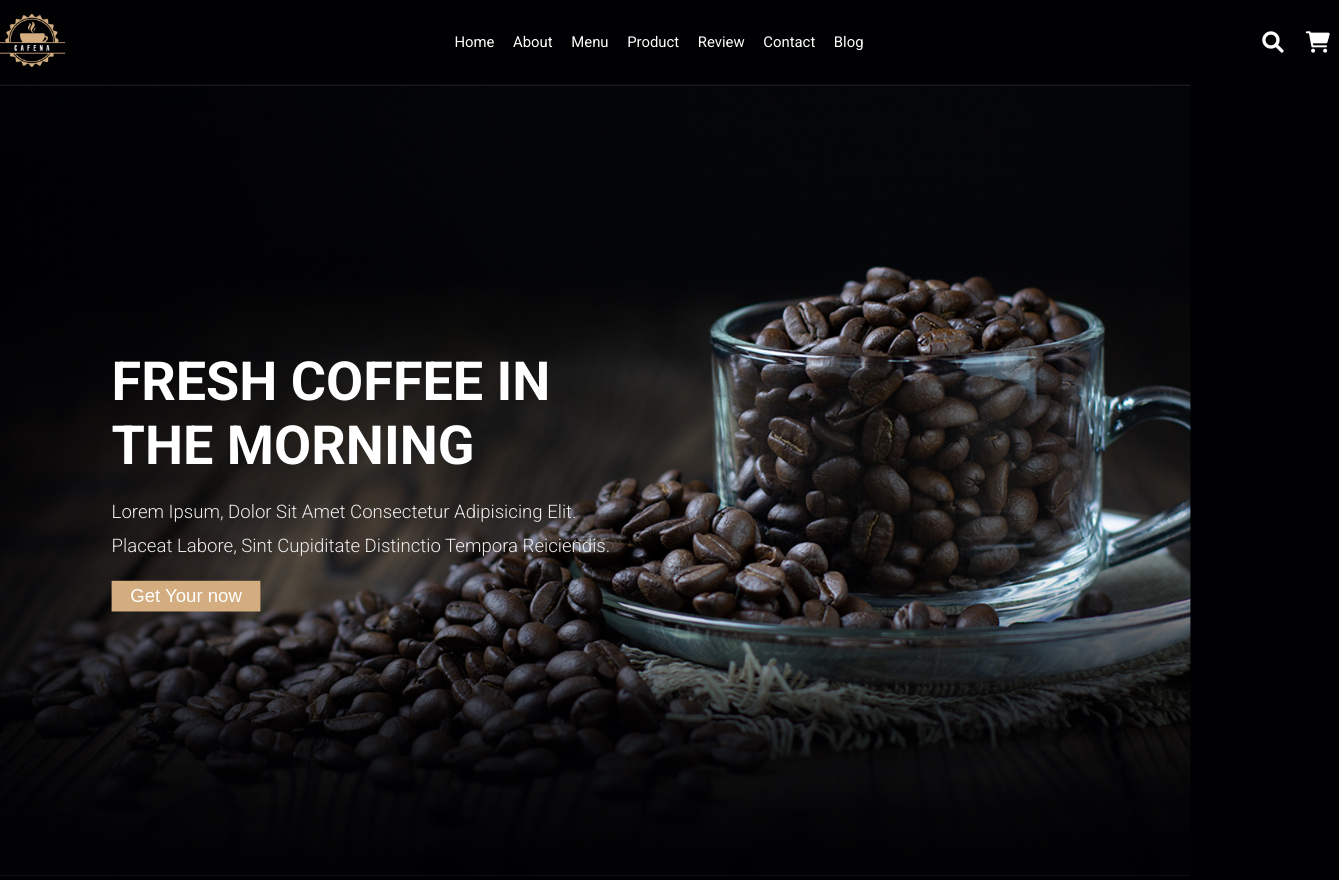
Repository: Dinhthai303/DinhThai
Page: index.html
An editor plug-in stored every save of this project. The page is shown before and after the next save, followed by the edit.
The browser window is 1280 px wide. The page is 1440 px wide, so the pictures cover 1440 px, including what lies to the right of the window. The pictures show the whole page, at 93% of full size.

Above is the page before, as saved 2021-11-28 00:06:07.

### index.html
<!DOCTYPE html>
<html lang="en">

<head>
    <meta charset="UTF-8">
    <meta http-equiv="X-UA-Compatible" content="IE=edge">
    <meta name="viewport" content="width=device-width, initial-scale=1.0">
    <title>Document</title>
    <!-- FONT AWESOME -->
    <link rel="stylesheet" href="https://cdnjs.cloudflare.com/ajax/libs/font-awesome/6.0.0-beta3/css/all.min.css"
        integrity="sha512-Fo3rlrZj/k7ujTnHg4CGR2D7kSs0v4LLanw2qksYuRlEzO+tcaEPQogQ0KaoGN26/zrn20ImR1DfuLWnOo7aBA=="
        crossorigin="anonymous" referrerpolicy="no-referrer" />
    <!-- GOOLE FONT -->
    <link rel="preconnect" href="https://fonts.googleapis.com">
    <link rel="preconnect" href="https://fonts.gstatic.com" crossorigin>
    <link href="https://fonts.googleapis.com/css2?family=Roboto:wght@300;400;500;700&display=swap" rel="stylesheet">
    <!-- MAIN CSS -->
    <link rel="stylesheet" href="./css/style.css">
</head>

<body>
    <header class="header">
        <div class="container">
            <div class="header__content">
                <div class="header__logo">
                    <img src="./images/logo.png" alt="">
                </div>
                <ul class="header__menu">
                    <li class="header__item"><a class="header__link" href="#">Home</a></li>
                    <li class="header__item"><a class="header__link" href="#">About</a></li>
                    <li class="header__item"><a class="header__link" href="#">Menu</a></li>
                    <li class="header__item"><a class="header__link" href="#">Product</a></li>
                    <li class="header__item"><a class="header__link" href="#">Review</a></li>
                    <li class="header__item"><a class="header__link" href="#">Contact</a></li>
                    <li class="header__item"><a class="header__link" href="#">Blog</a></li>
                </ul>
                <div class="header__icon">
                    <i class="fa fa-search"></i>
                    <i class="fa fa-shopping-cart"></i>
                </div>
            </div>
        </div>
    </header>
    <section class="banner">
        <div class="banner__content">
            <img class="banner__image" src="./images/home-img.jpeg" alt="">
            <div class="banner__text">
                <h3 class="banner__title">FRESH COFFEE IN THE MORNING</h3>
                <p class="banner__desc">Lorem Ipsum, Dolor Sit Amet Consectetur Adipisicing Elit. Placeat Labore, Sint
                    Cupiditate Distinctio Tempora Reiciendis.</p>
                <button class="banner__button">Get Your now</button>
            </div>
        </div>
    </section>
    <section class="about"></section>
    <section class="menu"></section>
    <section class="products"></section>
    <section class="review"></section>
    <section class="contact"></section>
    <section class="blog"></section>
    <footer class="footer"></footer>
</body>

</html>

### css/style.css
*{
    margin: 0;
    padding: 0;
    box-sizing: border-box;
}
body{
    font-family: 'Roboto', sans-serif;
    background-color: #010103;
    font-weight: 400;
}
.container{
    width: 1440px;
    margin: 0 auto;
}
.header{
    background-color: #010103;
    border-bottom: 1px solid #4D4E4F;
}
.header__content{
    display: flex;
    justify-content: space-between;
    align-items: center;
    background-color: #010103;
    padding: 15px 0;
}
.header__menu{
    display: flex;
    list-style: none;
    gap: 20px;
}
.header__item:hover .header__link{
    color: #D3AD7F;
}
.header__item:hover .header__link::after{
    opacity: 1;
    transform: translateY(7px);
}
.header__link::after{
    content: "";
    width: 100%;
    height: 2px;
    position: absolute;
    left: 0;
    bottom: 0;
    background-color: #D3AD7F;
    transition: all .5s;
    opacity: 0;
}
.header__link{
    position: relative;
    color: white;
    text-decoration: none;
}
.header__icon i{
    color: white;
    font-size: 23px;
    margin: 0 10px;
    cursor: pointer;
}
.header__icon i:hover{
    color: #D3AD7F;
}
.header__logo img{
    width: 70px;
}
.banner__content{
    position: relative;
    width: 100%;
    height: 850px;
}
.banner__image{
    width: 100%;
    height: 100%;
    object-fit: cover;
}
.banner__text{
    position: absolute;
    top: 50%;
    left: 120px;
    transform: translateY(-50%);
    width: 570px;
}
.banner__title{
    font-size: 58px;
    color: white;
}
.banner__desc{
    font-size: 20px;
    color: rgb(238, 238, 238);
    font-weight: lighter;
    line-height: 1.8;
    margin: 20px 0;
}
.banner__button{
    background-color: #D3AD7F;
    border: none;
    color: white;
    padding: 5px 20px;
    font-size: 20px;
}

After the next save:
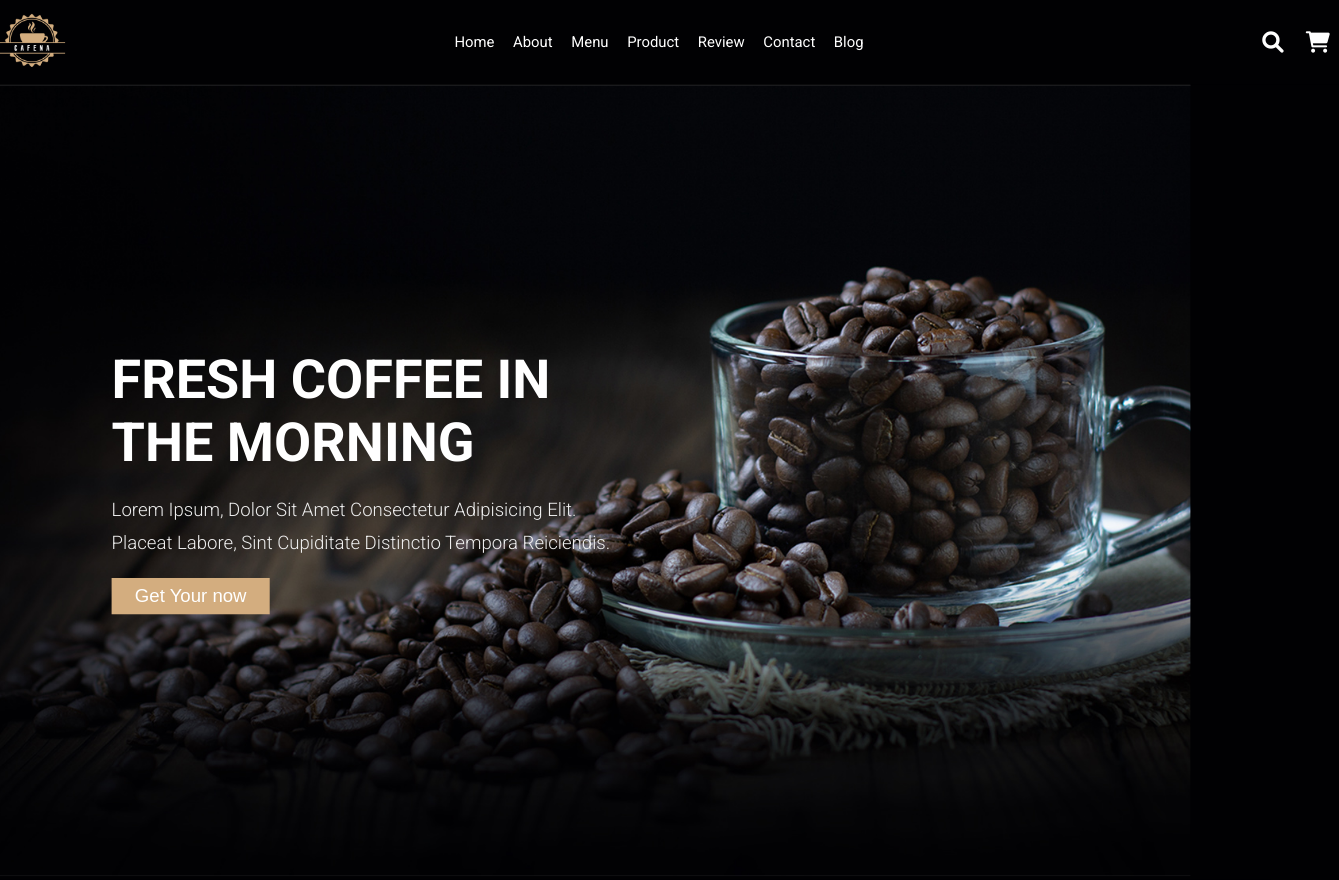
Saved 9 s later.
--- a/css/style.css
+++ b/css/style.css
@@ -95,6 +95,6 @@ body{
     background-color: #D3AD7F;
     border: none;
     color: white;
-    padding: 5px 20px;
+    padding: 8px 25px;
     font-size: 20px;
 }
